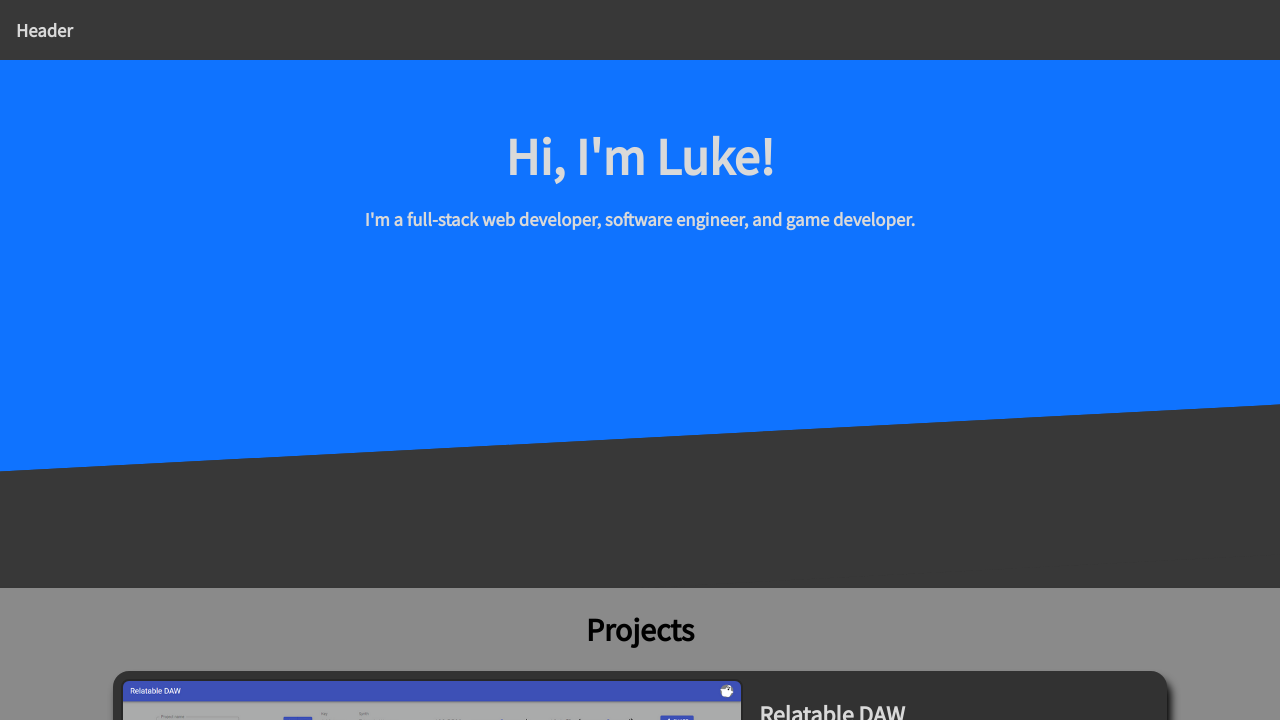
Repository: lbodwell/Personal-Website
Page: index.html
The author's editor kept a copy of each file at every save. The page is drawn from the files as they stood at one save, then again after the next save.
The browser window is 1280 px wide. The pictures show the whole page.
An inner scrolling area shows only its first screen.

Above is the page before, as saved 2022-04-04 04:43:11.

### index.html
<!DOCTYPE html>
<html lang="en">
    <head>
        <meta charset="UTF-8">
        <meta http-equiv="X-UA-Compatible" content="IE=edge">
        <meta name="viewport" content="width=device-width, initial-scale=1.0">
        <title>Luke Bodwell</title>
        <script type="text/javascript" src="script.js" defer></script>
        <link rel="stylesheet" href="styles.css">
    </head>
    <body>
        <header>
            <h3>Header</h3>
        </header>
        <content>
            <div class="intro">
                <h1>Hi, I'm Luke!</h1>
                <h3>I'm a full-stack web developer, software engineer, and game developer.</h3>
            </div>

            <div class="projects-container">
                <h1>Projects</h1>
                <div class="projects">
                    <div class="project project-img-left">
                        <div class="project-image">
                            <img src="images/relatable-daw.png"></img>
                        </div>
                        <div class="project-info">
                            <div class="project-title">
                                <h2>Relatable DAW</h2>
                                <div class="project-types">
                                    <!-- Code icon -->
                                    <svg style="width:32px;height:32px" viewBox="0 0 24 24">
                                        <path fill="currentColor" d="M8,3A2,2 0 0,0 6,5V9A2,2 0 0,1 4,11H3V13H4A2,2 0 0,1 6,15V19A2,2 0 0,0 8,21H10V19H8V14A2,2 0 0,0 6,12A2,2 0 0,0 8,10V5H10V3M16,3A2,2 0 0,1 18,5V9A2,2 0 0,0 20,11H21V13H20A2,2 0 0,0 18,15V19A2,2 0 0,1 16,21H14V19H16V14A2,2 0 0,1 18,12A2,2 0 0,1 16,10V5H14V3H16Z" />
                                    </svg>
                                    <!-- Audio icon -->
                                    <svg style="width:32px;height:32px" viewBox="0 0 24 24">
                                        <path fill="currentColor" d="M14,3.23V5.29C16.89,6.15 19,8.83 19,12C19,15.17 16.89,17.84 14,18.7V20.77C18,19.86 21,16.28 21,12C21,7.72 18,4.14 14,3.23M16.5,12C16.5,10.23 15.5,8.71 14,7.97V16C15.5,15.29 16.5,13.76 16.5,12M3,9V15H7L12,20V4L7,9H3Z" />
                                    </svg>
                                </div>
                            </div>
                            <p>Project description goes here. Lorem ipsum dolor sit amet consectetur adipisicing elit. Maxime mollitia,
                                molestiae quas vel sint commodi repudiandae consequuntur voluptatum laborum
                                numquam blanditiis harum quisquam eius sed odit fugiat iusto fuga praesentium
                                optio, eaque rerum! Provident similique accusantium nemo autem.</p>
                            <div class="project-links">
                                <a class="btn" id="btn-demo-proj1" href="https://relatable-daw.com" target="_blank">Live Demo</a>
                                <a class="btn" id="btn-video-proj1" href="https://drive.google.com/file/d/1R21yoplPYTj6aw2hVH3COGZ260A-Z0TO/view" target="_blank">Video</a>
                                <a class="btn" id="btn-code-proj1" href="https://github.com/lbodwell/Relatable-DAW" target="_blank">Code</a>
                            </div>
                        </div>
                    </div>
                    <div class="project project-img-right">
                        <div class="project-info">
                            <div class="project-title">
                                <h2>GeoBlade</h2>
                                <div class="project-types">
                                    <!-- Code icon -->
                                    <svg style="width:32px;height:32px" viewBox="0 0 24 24">
                                        <path fill="currentColor" d="M8,3A2,2 0 0,0 6,5V9A2,2 0 0,1 4,11H3V13H4A2,2 0 0,1 6,15V19A2,2 0 0,0 8,21H10V19H8V14A2,2 0 0,0 6,12A2,2 0 0,0 8,10V5H10V3M16,3A2,2 0 0,1 18,5V9A2,2 0 0,0 20,11H21V13H20A2,2 0 0,0 18,15V19A2,2 0 0,1 16,21H14V19H16V14A2,2 0 0,1 18,12A2,2 0 0,1 16,10V5H14V3H16Z" />
                                    </svg>
                                    <!-- Game icon -->
                                    <svg style="width:32px;height:32px" viewBox="0 0 24 24">
                                        <path fill="currentColor" d="M7.97,16L5,19C4.67,19.3 4.23,19.5 3.75,19.5A1.75,1.75 0 0,1 2,17.75V17.5L3,10.12C3.21,7.81 5.14,6 7.5,6H16.5C18.86,6 20.79,7.81 21,10.12L22,17.5V17.75A1.75,1.75 0 0,1 20.25,19.5C19.77,19.5 19.33,19.3 19,19L16.03,16H7.97M7,8V10H5V11H7V13H8V11H10V10H8V8H7M16.5,8A0.75,0.75 0 0,0 15.75,8.75A0.75,0.75 0 0,0 16.5,9.5A0.75,0.75 0 0,0 17.25,8.75A0.75,0.75 0 0,0 16.5,8M14.75,9.75A0.75,0.75 0 0,0 14,10.5A0.75,0.75 0 0,0 14.75,11.25A0.75,0.75 0 0,0 15.5,10.5A0.75,0.75 0 0,0 14.75,9.75M18.25,9.75A0.75,0.75 0 0,0 17.5,10.5A0.75,0.75 0 0,0 18.25,11.25A0.75,0.75 0 0,0 19,10.5A0.75,0.75 0 0,0 18.25,9.75M16.5,11.5A0.75,0.75 0 0,0 15.75,12.25A0.75,0.75 0 0,0 16.5,13A0.75,0.75 0 0,0 17.25,12.25A0.75,0.75 0 0,0 16.5,11.5Z" />
                                    </svg>
                                    <!-- Audio icon -->
                                    <svg style="width:32px;height:32px" viewBox="0 0 24 24">
                                        <path fill="currentColor" d="M14,3.23V5.29C16.89,6.15 19,8.83 19,12C19,15.17 16.89,17.84 14,18.7V20.77C18,19.86 21,16.28 21,12C21,7.72 18,4.14 14,3.23M16.5,12C16.5,10.23 15.5,8.71 14,7.97V16C15.5,15.29 16.5,13.76 16.5,12M3,9V15H7L12,20V4L7,9H3Z" />
                                    </svg>
                                </div>
                            </div>
                            <p>Project description goes here. Lorem ipsum dolor sit amet consectetur adipisicing elit. Maxime mollitia,
                                molestiae quas vel sint commodi repudiandae consequuntur voluptatum laborum
                                numquam blanditiis harum quisquam eius sed odit fugiat iusto fuga praesentium
                                optio, eaque rerum! Provident similique accusantium nemo autem.</h>
                            <div class="project-links">
                                <a class="btn" id="btn-download-proj2">Download</a>
                                <a class="btn" id="btn-video-proj2">Video</a>
                                <a class="btn" id="btn-code-proj2">Code</a>
                            </div>
                        </div>
                        <div class="project-image">
                            <img src="images/relatable-daw.png"></img>
                        </div>
                    </div>
                    <div class="project project-img-left">
                        <div class="project-image">
                            <img src="images/relatable-daw.png"></img>
                        </div>
                        <div class="project-info">
                            <div class="project-title">
                                <h2>Example project 3</h2>
                                <div class="project-types">
                                    <!-- Code icon -->
                                    <svg style="width:32px;height:32px" viewBox="0 0 24 24">
                                        <path fill="currentColor" d="M8,3A2,2 0 0,0 6,5V9A2,2 0 0,1 4,11H3V13H4A2,2 0 0,1 6,15V19A2,2 0 0,0 8,21H10V19H8V14A2,2 0 0,0 6,12A2,2 0 0,0 8,10V5H10V3M16,3A2,2 0 0,1 18,5V9A2,2 0 0,0 20,11H21V13H20A2,2 0 0,0 18,15V19A2,2 0 0,1 16,21H14V19H16V14A2,2 0 0,1 18,12A2,2 0 0,1 16,10V5H14V3H16Z" />
                                    </svg>
                                </div>
                            </div>
                            <p>Project description goes here. Lorem ipsum dolor sit amet consectetur adipisicing elit. Maxime mollitia,
                                molestiae quas vel sint commodi repudiandae consequuntur voluptatum laborum
                                numquam blanditiis harum quisquam eius sed odit fugiat iusto fuga praesentium
                                optio, eaque rerum! Provident similique accusantium nemo autem.</h>
                            <div class="project-links">
                                <a class="btn" id="btn-demo-proj3">Live Demo</a>
                                <a class="btn" id="btn-video-proj3">Video</a>
                                <a class="btn" id="btn-code-proj3">Code</a>
                            </div>
                        </div>
                    </div>
                </div>
                <a id="see-more-projects" href="#">See more</a>
            </div>
            <div class="skills">
                <h1>Skills</h1>
                <div class="skills">
                </div>
            </div>
        </content>
        <footer>
            <h3>Footer</h5>
        </footer>
    </body>
</html>

### styles.css
@import url("https://fonts.googleapis.com/css2?family=Source+Sans+Pro&display=swap");

html {
    font-family: "Source Sans Pro", sans-serif;
    background-color: #383838;
}

html, body {
    width: 100%;
    height: 100%;
    margin: 0;
    max-width: 100%;
    overflow-x: hidden;
}

h2, h3, h4, h5, h6, p, svg {
    color: rgb(217, 217, 217);
}

header {
    margin-left: 1rem;
}

content {
    display: flex;
    flex-direction: column;
    align-items: center;
}

.intro {
    color: rgb(217, 217, 217);
    position: relative;
    text-align: center;
    background-color: #0f73ff;
    padding: 4rem;
    width: 100%;
    height: 300px;
    margin-bottom: 100px;
}

.intro > h1 {
    font-size: 52px;
    margin: 0;
}

.intro > h3 {

}

.intro::before, .intro::after {
    content: "";
    position: absolute;
    height: 150px;
    bottom: -100px;
    right: 0;
    left: 0;
    background: #383838;
    transform: skewY(-3deg);
}

.projects-container {
    text-align: center;
    background-color: rgb(138, 138, 138);
    padding: 0 64rem 2rem 64rem;
    filter: drop-shadow(4px 8px 4px black);
}

.projects {
    display: grid;
    grid-template-columns: 1fr;
}

.project {
    display: flex;
    gap: 16px;
    width: auto;
    height: 300px;
    margin-bottom: 1rem;
    padding: 0.5rem;
    background-color: #323232;
    border-radius: 16px;
    filter: drop-shadow(4px 8px 4px black);
}

.project-info {
    display: flex;
    flex-direction: column;
    width: 400px;
    border:
}

.project-img-left > .project-info {
    align-items: flex-start;
    text-align: left;
}

.project-img-right > .project-info {
    align-items: flex-end;
    text-align: right;
}

.project-title {
    display: flex;
    flex-direction: column;
}

.project-types {
    display: flex;
    flex-direction: row;
    gap: 8px;
}

.project-img-left .project-types {
    justify-content: flex-start;
}

.project-img-right .project-types {
    justify-content: flex-end;
}

.project-links {
    display: flex;
    flex-direction: row;
    gap: 4px;
}

.btn {
    font-weight: bolder;
    background-color: #0f73ff;
    color: rgb(217, 217, 217);
    border-radius: 8px;
    filter: drop-shadow(2px 4px 2px black);
    padding: 0.25rem 1rem;
    border: none;
    text-decoration: none;
}

.btn:hover {
    background-color: #0c4eac;
    cursor: pointer;
}

.project img {
    width: auto;
    height: 100%;
    border: 2px solid #272727;
    border-radius: 8px;
}

footer {
    margin: 1rem;
}

Loaded but not shown: script.js (common file)

After the next save:
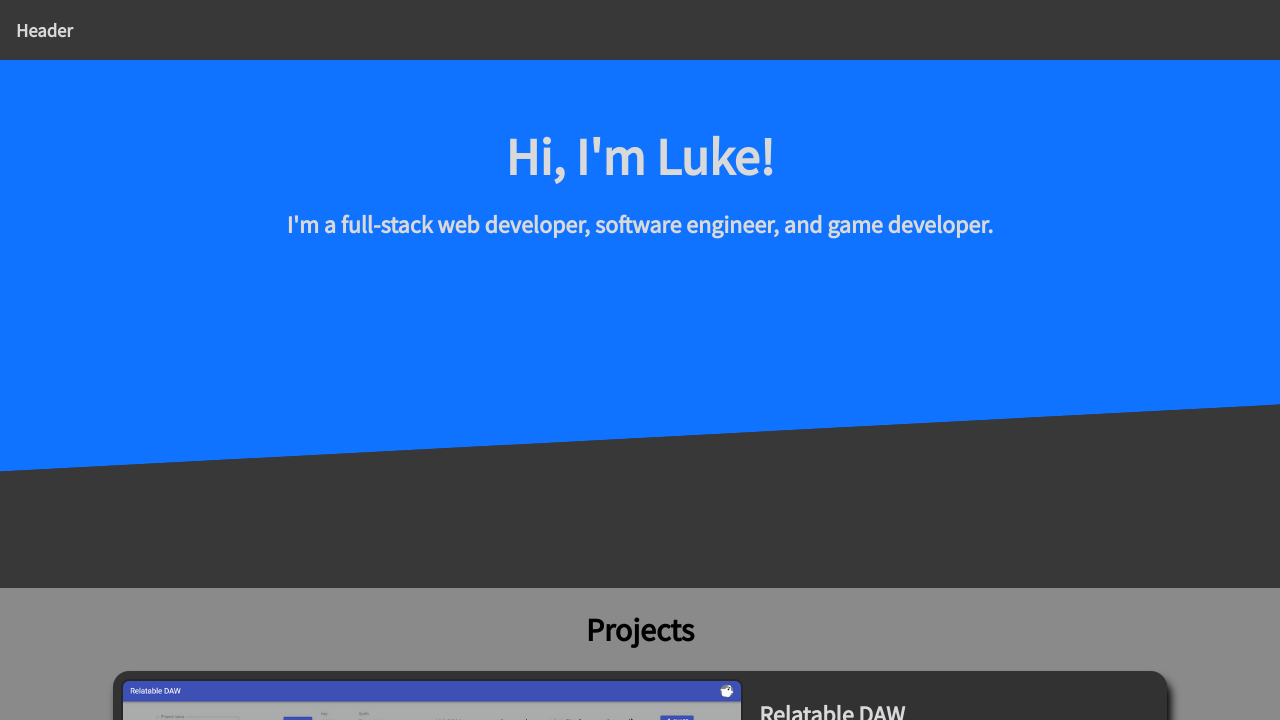
Saved 6 s later.
--- a/index.html
+++ b/index.html
@@ -15,7 +15,7 @@
         <content>
             <div class="intro">
                 <h1>Hi, I'm Luke!</h1>
-                <h3>I'm a full-stack web developer, software engineer, and game developer.</h3>
+                <h2>I'm a full-stack web developer, software engineer, and game developer.</h2>
             </div>
 
             <div class="projects-container">
